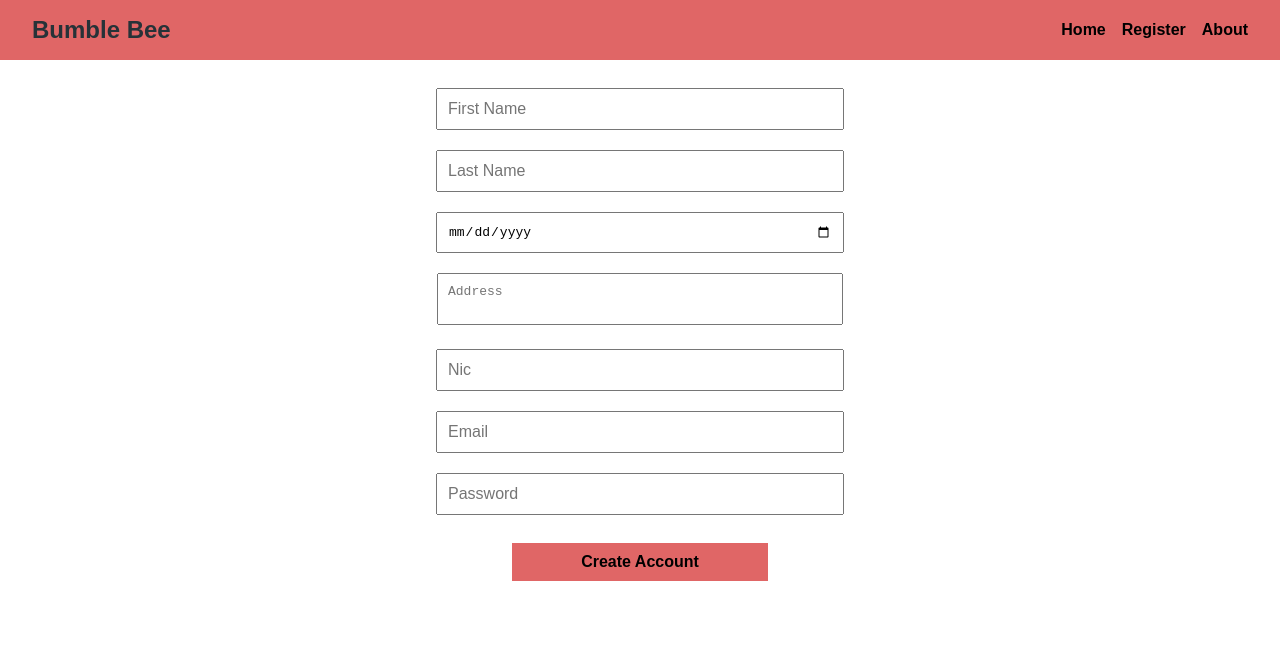
Repository: developerks611/Bumble-bee
Page: http://localhost/Bumble/add-customer.jsp
These files come from the project's save history. The page is drawn as it stood at one moment and after the next save; the edit follows.
The browser window is 1280 px wide. The pictures show the whole page.
The page is served by Tomcat 9.

Above is the page before, as saved 2023-02-28 03:57:56.

After the next save:
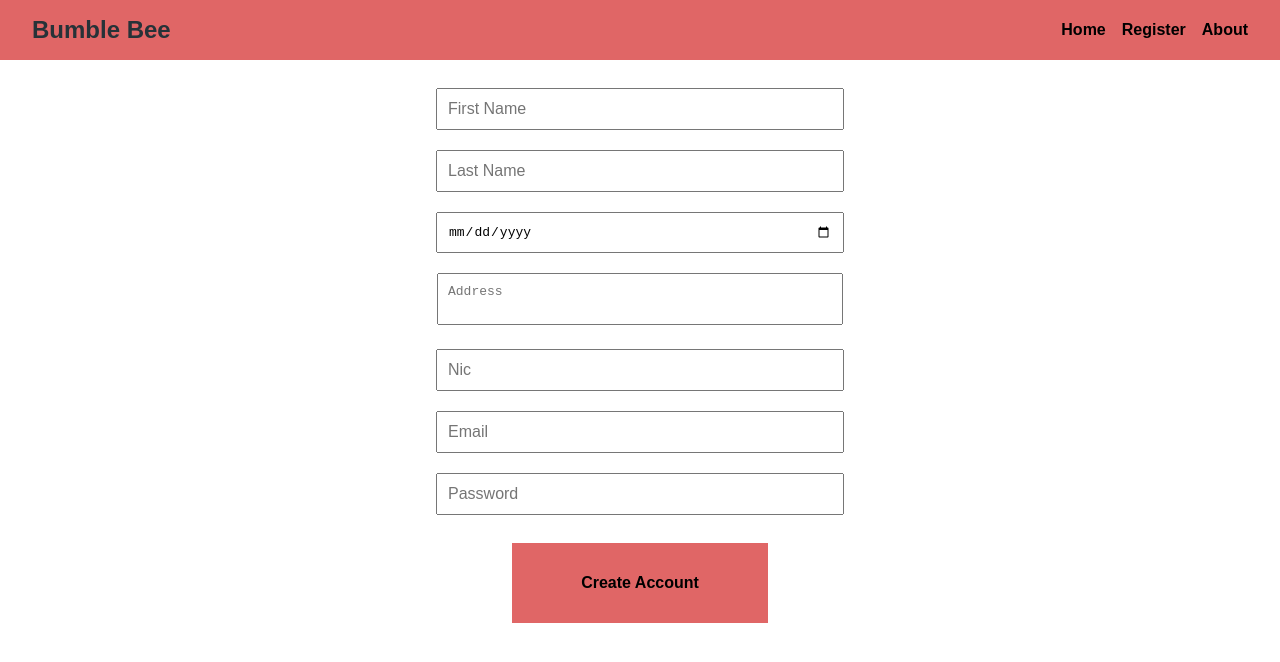
Saved 11 s later.
--- a/Bumble/src/main/webapp/add-customer.jsp
+++ b/Bumble/src/main/webapp/add-customer.jsp
@@ -64,7 +64,7 @@ nav a {
 	outline: none;
     border: none;
     width:20%;
-    height:100%;
+    height:80px;;
     font-size:100%;
     padding:10px;
     font-weight:bold;
